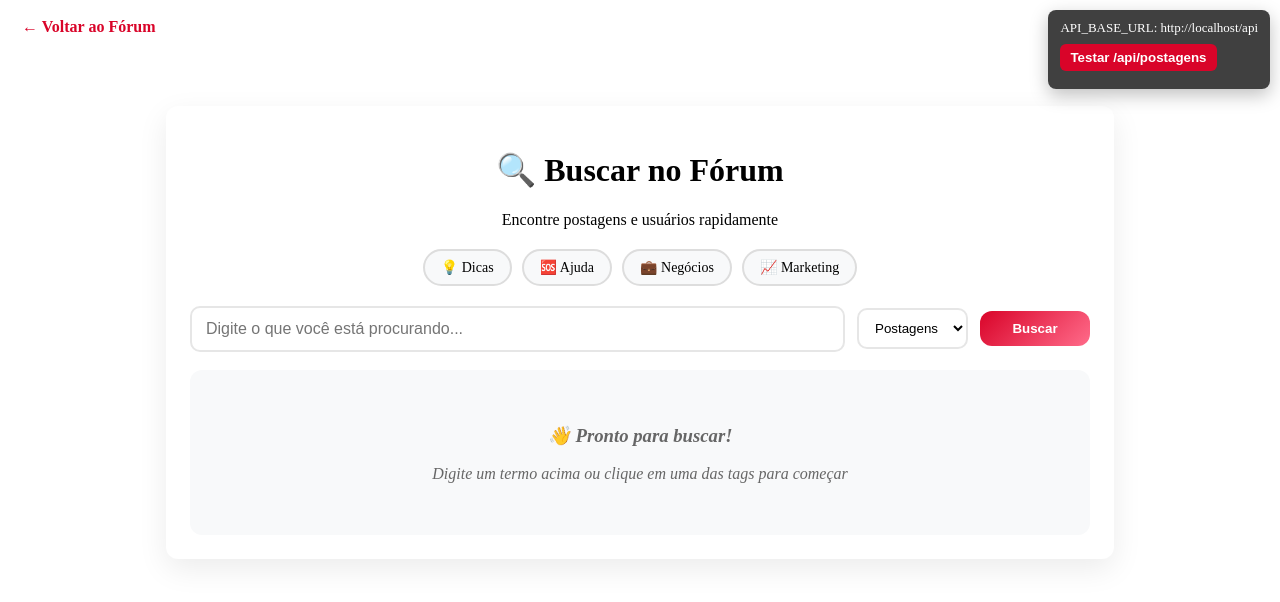
Repository: annaluizapm/MicroMidia
Page: front/HTML/busca.html
These files come from the project's save history. The page is drawn as it stood at one moment and after the next save; the edit follows.
The browser window is 1280 px wide. The pictures show the whole page.

Above is the page before, as saved 2025-10-23 11:07:25.

After the next save:
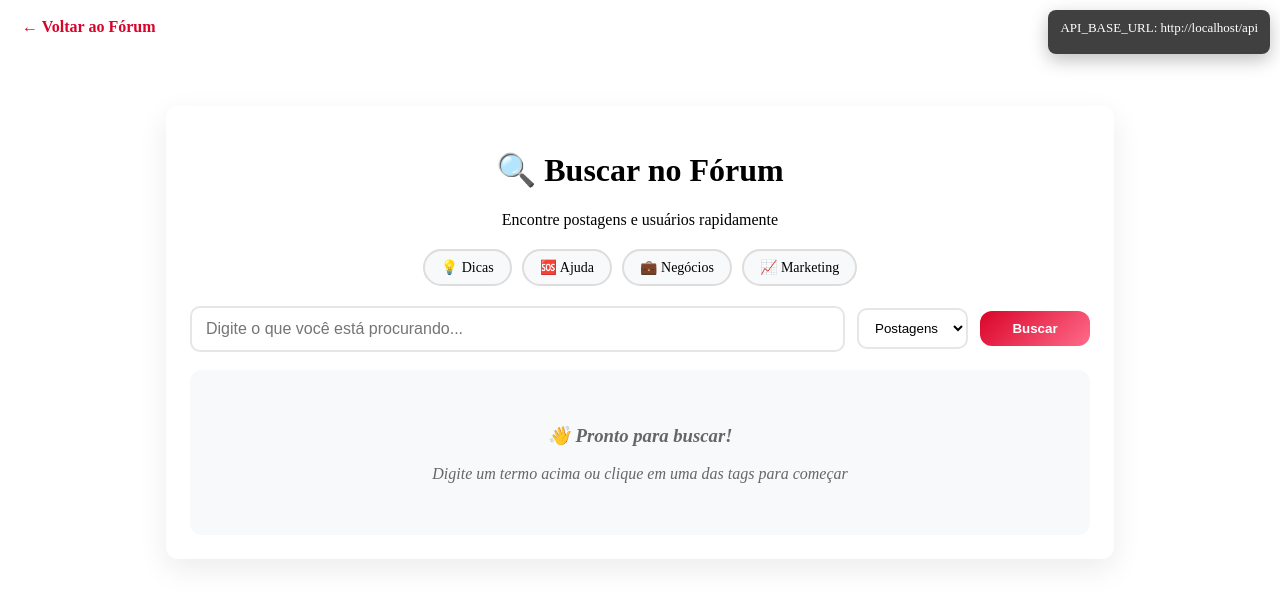
Saved 4 min 42 s later.
--- a/front/JS/busca.js
+++ b/front/JS/busca.js
@@ -41,41 +41,13 @@
     info.style.marginBottom = '8px';
     info.innerText = `API_BASE_URL: ${API_BASE_URL}`;
 
-    const btn = document.createElement('button');
-    btn.innerText = 'Testar /api/postagens';
-    btn.style.cursor = 'pointer';
-    btn.style.padding = '6px 10px';
-    btn.style.borderRadius = '6px';
-    btn.style.border = 'none';
-    btn.style.background = '#D90429';
-    btn.style.color = 'white';
-    btn.style.fontWeight = '600';
-
+    // status (pode ser atualizado pelo fluxo de busca)
     const status = document.createElement('div');
     status.id = 'debug-status';
     status.style.marginTop = '8px';
     status.style.fontSize = '12px';
 
-    btn.addEventListener('click', async () => {
-        status.innerText = 'Testando...';
-        try {
-            const res = await fetch(`${API_BASE_URL}/postagens`);
-            status.innerText = `Status: ${res.status} ${res.statusText}`;
-            if (res.ok) {
-                const data = await res.json();
-                status.innerText += ` — postagens: ${Array.isArray(data) ? data.length : 'n/a'}`;
-            } else {
-                const text = await res.text();
-                status.innerText += ` — resposta: ${text.slice(0,120)}`;
-            }
-        } catch (err) {
-            status.innerText = 'Erro: ' + (err.message || err);
-            console.error('Debug banner fetch error:', err);
-        }
-    });
-
     banner.appendChild(info);
-    banner.appendChild(btn);
     banner.appendChild(status);
     document.body.appendChild(banner);
 }
